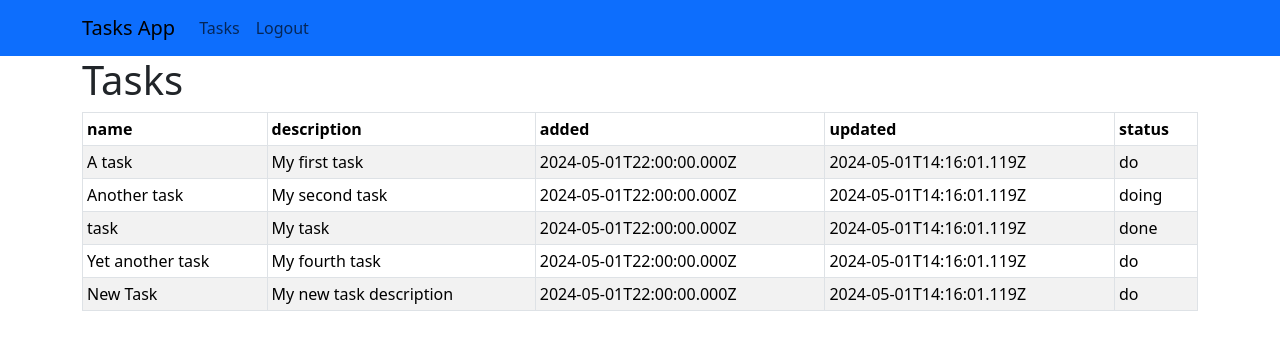
Repository: trider/react-task-app
Page: /tasks
These files come from the project's save history. The page is drawn as it stood at one moment and after the next save; the edit follows.
The browser window is 1280 px wide. The pictures show the whole page.
The project was rebuilt for these pictures with package versions that can differ from the ones it lists, and the page was loaded fresh each time. Also part of the build but not shown: src/pages/Login.js.

Above is the page before, as saved 2024-05-02 17:58:34.

### src/App.js

import 'bootstrap/dist/css/bootstrap.min.css';
import ReactDOM from "react-dom/client";
import { BrowserRouter, Routes, Route } from "react-router-dom";
import LoginForm from "./pages/Login";
import TaskList from "./pages/Task";


let App = () => {
  return (
    <div>
    <BrowserRouter>
      <Routes>
          <Route index element={<LoginForm />} />
          <Route path="login" element={<LoginForm />} />
          <Route path="tasks" element={<TaskList />} />
      </Routes>
    </BrowserRouter>






    </div>


  );
}


export default App;

### src/pages/Task.js
import Table from 'react-bootstrap/Table';
import Container from 'react-bootstrap/Container';
import Nav from 'react-bootstrap/Nav';
import Navbar from 'react-bootstrap/Navbar';
import NavDropdown from 'react-bootstrap/NavDropdown';

const userTasks= [
 {
   id: "6630ab326e723ac1ea6dce7a",
   description: "My first task",
   name: "A task",
   taskId: 1,
   user: "jonnygold",
   added: "2024-05-01T22:00:00.000Z",
   updated: "2024-05-01T14:16:01.119Z",
   status: "do",
   isActive: true
 },
 {
   id: "6630fe5d6e723ac1ea6dce7e",
   description: "My second task",
   name: "Another task",
   taskId: 2,
   user: "jonnygold",
   added: "2024-05-01T22:00:00.000Z",
   updated:"2024-05-01T14:16:01.119Z",
   status: "doing",
   isActive: true
 },
 {
   id: "6630fe826e723ac1ea6dce7f",
   description: "My task",
   name: "task",
   taskId: 3,
   user: "jonnygold",
   added: "2024-05-01T22:00:00.000Z",
   updated:"2024-05-01T14:16:01.119Z",
   status: "done",
   isActive: true
 },
 {
   id: "6631f17cc4c9b7f5ab3c28c3",
   name: "Yet another task",
   description: "My fourth task",
   user: "jonnygold",
   taskId: 4,
   added: "2024-05-01T22:00:00.000Z",
   updated:"2024-05-01T14:16:01.119Z",
   isActive: true,
   status: "do",

 },
 {
   id: "66323f0d54b80929f84ebdd2",
   user: "jonnygold",
   name: "New Task",
   description: "My new task description",
   status: "do",
   taskId: 5,
   added: "2024-05-01T22:00:00.000Z",
   updated:"2024-05-01T14:16:01.119Z",
   isActive: true,
 }

]

const tableCols = [
  'name',
  'description',
  'added',
  'updated',
  'status',
];



const TaskTable = () => {
  return (
    <div>
      <Table striped bordered hover size="sm">
      <thead>
        <tr>
          {tableCols.map((col) => (
            <th key={col}>{col}</th>
          ))}
        </tr>
      </thead>
      <tbody>
        {userTasks.map((task) => (
          <tr key={task.id}>
            {tableCols.map((col) => (
              <td key={col}>{task[col]}</td>
            ))}
          </tr>
        ))}

      </tbody>
    </Table>




    </div>
  );
}

const NavbarComponent = () => {
  return (
    <Navbar bg="primary" expand="lg">
      <Container>
        <Navbar.Brand href="#home">Tasks App</Navbar.Brand>
        <Navbar.Toggle aria-controls="basic-navbar-nav" />
        <Navbar.Collapse id="basic-navbar-nav">
          <Nav className="me-auto">
            <Nav.Link href="/tasks">Tasks</Nav.Link>
            <Nav.Link href="/login">Logout</Nav.Link>
          </Nav>
        </Navbar.Collapse>
      </Container>
    </Navbar>
  );
}

const TaskList = () => {
  return (
    <div>

    <NavbarComponent />
    <Container>

      <h1>Tasks</h1>
      <TaskTable />
    </Container>
    </div>
  );
}

export default TaskList;

Loaded but not shown: public/index.html (common file); src/index.js (common file); src/index.css (common file); src/reportWebVitals.js (common file)

After the next save:
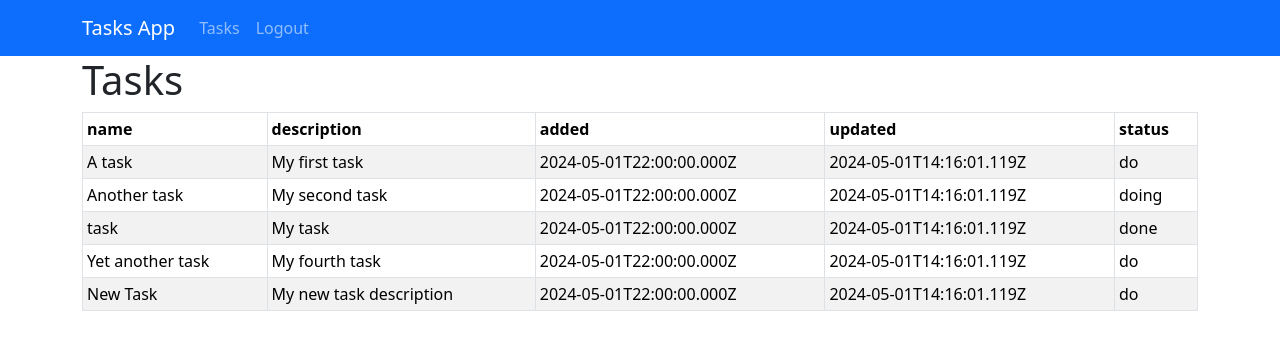
Saved 27 s later.
--- a/src/pages/Task.js
+++ b/src/pages/Task.js
@@ -106,7 +106,7 @@ const TaskTable = () => {
 
 const NavbarComponent = () => {
   return (
-    <Navbar bg="primary" expand="lg">
+    <Navbar bg="primary" expand="lg" data-bs-theme="dark">
       <Container>
         <Navbar.Brand href="#home">Tasks App</Navbar.Brand>
         <Navbar.Toggle aria-controls="basic-navbar-nav" />
